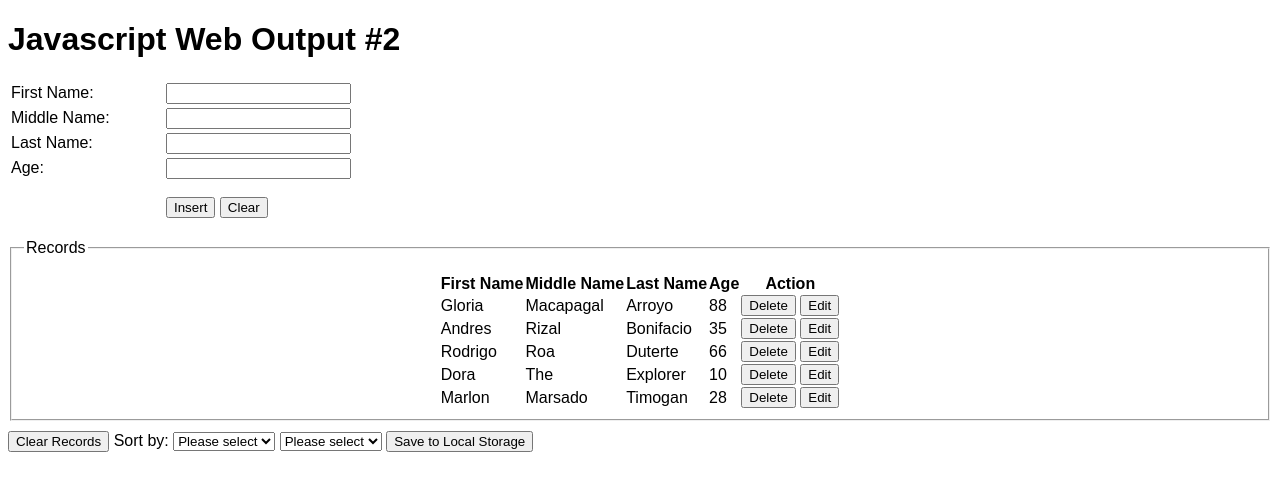
Repository: ljlazada11/JSADVANCED
Page: index.html
The author's editor kept a copy of each file at every save. The page is drawn from the files as they stood at one save, then again after the next save.
The browser window is 1280 px wide. The pictures show the whole page.

Above is the page before, as saved 2026-08-20 17:42:57.
Console error: TypeError: Cannot set properties of null (setting 'onchange')

### index.html
<!DOCTYPE html>
<html lang="en">
<head>
    <meta charset="UTF-8">
    <meta http-equiv="X-UA-Compatible" content="IE=edge">
    <meta name="viewport" content="width=device-width, initial-scale=1.0">
    <title>Javascript 2</title>
    <style>
        body {
            font-family: Arial, Helvetica, sans-serif;
        }

    </style>
</head>
<body>
    <h1>Javascript Web Output #2</h1>
    <table id="tblInput">
        <tr>
            <td width="45%">
                <label for="txtFname">First Name:</label>
            </td>
            <td>
                <input type="text">
            </td>
        </tr>

        <tr>
            <td>
                <label for="">Middle Name:</label>
            </td>
            <td>
                <input type="text">
            </td>
        </tr>

        <tr>
            <td>
                <label for="">Last Name:</label>
            </td>
            <td>
                <input type="text">
            </td>
        </tr>

        <tr>
            <td>
                <label for="">Age:</label>
            </td>
            <td>
                <input type="number">
            </td>
        </tr>

        <tr style="height:20px;">
            <td>

            </td>
            <td style="padding-top: 15px;">
                <button id="btnInsertUpdate" value="insert">Insert</button>
                <button id="btnClear">Clear</button>
            </td>
        </tr>

    </table>
    <br>
    <fieldset>
        <legend>Records</legend>
        <p id="status" style="color:red; font-size: 12px;"></p>
        <table id="tblRecords" style="border-collapse: collapse; margin: auto;">
        </table>
    </fieldset>
</div>

    <div class="controls">

        <button id="btnClearItems" style="margin-top: 10px;">Clear Records</button>

        </button>

        <label for="sortProperty">Sort by:</label>

        <select id="sortSelect" onchange="sortLetters()">
            <option value="">Please select</option>
            <option value="ascending">First Name</option>
            <option value="descending">Last Name</option>
        </select>

        <select id="sortSelect" onchange="sortLetters()">
            <option value="">Please select</option>
            <option value="ascending">A-Z</option>
            <option value="descending">Z-A</option>
        </select>

        <button id="myLanguages" style="margin-top: 10px;" onclick="save()">Save to Local Storage</button>



    </div>
    <script src="main.js"></script>
</body>
</html>

### main.js
const txtFname = document.getElementById("txtFname");
const txtMname = document.getElementById("txtMname");
const txtLname = document.getElementById("txtLname");
const txtAge = document.getElementById("txtAge");

const btnInsertUpdate = document.getElementById("btnInsertUpdate");
const btnClear = document.getElementById("btnClear");
const btnClearItems = document.getElementById("btnClearItems");

const sortBy = document.getElementById("sortBy");
const sortOrder = document.getElementById("sortOrder");

let records = JSON.parse(localStorage.getItem("records")) || [
    {fname:"Gloria",mname:"Macapagal",lname:"Arroyo",age:88},
    {fname:"Andres",mname:"Rizal",lname:"Bonifacio",age:35},
    {fname:"Rodrigo",mname:"Roa",lname:"Duterte",age:66},
    {fname:"Dora",mname:"The",lname:"Explorer",age:10},
    {fname:"Marlon",mname:"Marsado",lname:"Timogan",age:28}
];

let editIndex = -1;

displayRecords();

btnInsertUpdate.onclick = function(){

    const fname = txtFname.value.trim();
    const mname = txtMname.value.trim();
    const lname = txtLname.value.trim();
    const age = txtAge.value;

    if(fname=="" || lname=="" || age==""){
        alert("Please complete the required fields.");
        return;
    }

    const person={
        fname,
        mname,
        lname,
        age
    };

    if(editIndex==-1){
        records.push(person);
    }else{
        records[editIndex]=person;
        editIndex=-1;
        btnInsertUpdate.innerText="Insert";
    }

    clearInputs();
    displayRecords();
};

btnClear.onclick = clearInputs;

btnClearItems.onclick = function(){

    if(confirm("Clear all records?")){
        records=[];
        displayRecords();
        localStorage.removeItem("records");
    }

};

document.getElementById("myLanguages").onclick=function(){

    localStorage.setItem("records",JSON.stringify(records));
    alert("Saved to Local Storage.");

};

sortBy.onchange=sortRecords;
sortOrder.onchange=sortRecords;

function displayRecords(){

    const table=document.getElementById("tblRecords");

    table.innerHTML=`
        <tr>
            <th>First Name</th>
            <th>Middle Name</th>
            <th>Last Name</th>
            <th>Age</th>
            <th>Action</th>
        </tr>
    `;

    records.forEach((person,index)=>{

        table.innerHTML+=`
        <tr>
            <td>${person.fname}</td>
            <td>${person.mname}</td>
            <td>${person.lname}</td>
            <td>${person.age}</td>
            <td>
                <button onclick="deleteRecord(${index})">Delete</button>
                <button onclick="editRecord(${index})">Edit</button>
            </td>
        </tr>`;
    });

}

function clearInputs(){

    txtFname.value="";
    txtMname.value="";
    txtLname.value="";
    txtAge.value="";

    editIndex=-1;
    btnInsertUpdate.innerText="Insert";

}

window.deleteRecord=function(index){

    if(confirm("Delete this record?")){
        records.splice(index,1);
        displayRecords();
    }

};

window.editRecord=function(index){

    const person=records[index];

    txtFname.value=person.fname;
    txtMname.value=person.mname;
    txtLname.value=person.lname;
    txtAge.value=person.age;

    editIndex=index;
    btnInsertUpdate.innerText="Update";

};

function sortRecords(){

    const property=sortBy.value=="first" ? "fname":"lname";

    records.sort((a,b)=>{

        if(sortOrder.value=="za"){
            return b[property].localeCompare(a[property]);
        }

        return a[property].localeCompare(b[property]);

    });

    displayRecords();

}

After the next save:
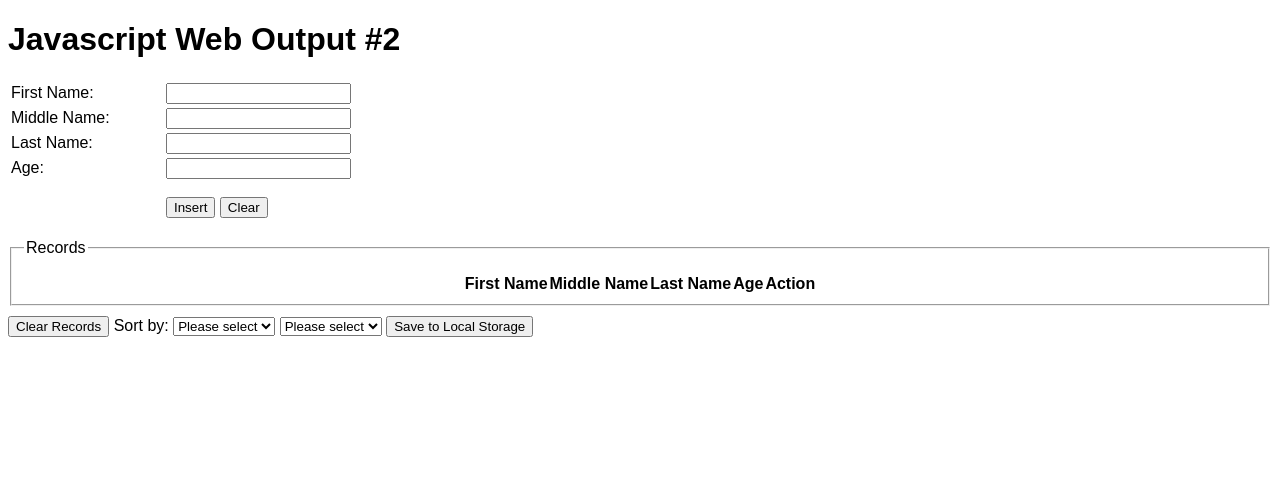
Saved 47 s later.
--- a/main.js
+++ b/main.js
@@ -11,11 +11,6 @@ const sortBy = document.getElementById("sortBy");
 const sortOrder = document.getElementById("sortOrder");
 
 let records = JSON.parse(localStorage.getItem("records")) || [
-    {fname:"Gloria",mname:"Macapagal",lname:"Arroyo",age:88},
-    {fname:"Andres",mname:"Rizal",lname:"Bonifacio",age:35},
-    {fname:"Rodrigo",mname:"Roa",lname:"Duterte",age:66},
-    {fname:"Dora",mname:"The",lname:"Explorer",age:10},
-    {fname:"Marlon",mname:"Marsado",lname:"Timogan",age:28}
 ];
 
 let editIndex = -1;
